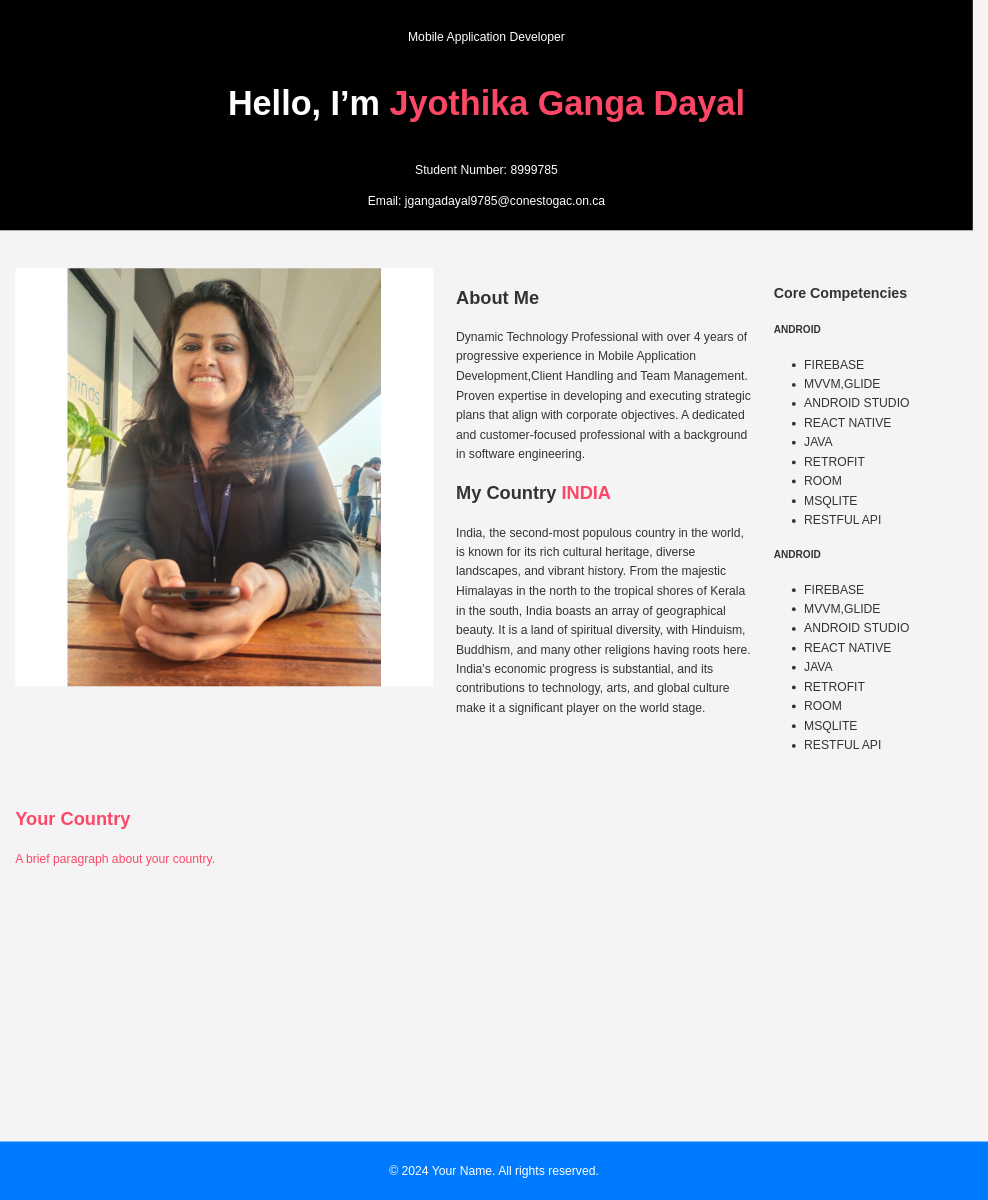
Repository: jyothika123/portfolio
Page: index.html
These files come from the project's save history. The page is drawn as it stood at one moment and after the next save; the edit follows.
The browser window is 1280 px wide. The page is 1300 px wide, so the pictures cover 1300 px, including what lies to the right of the window. The pictures show the whole page, at 76% of full size.
Pictures or frames that could not be fetched are drawn as grey boxes.

Above is the page before, as saved 2024-09-22 17:00:11.

After the next save:
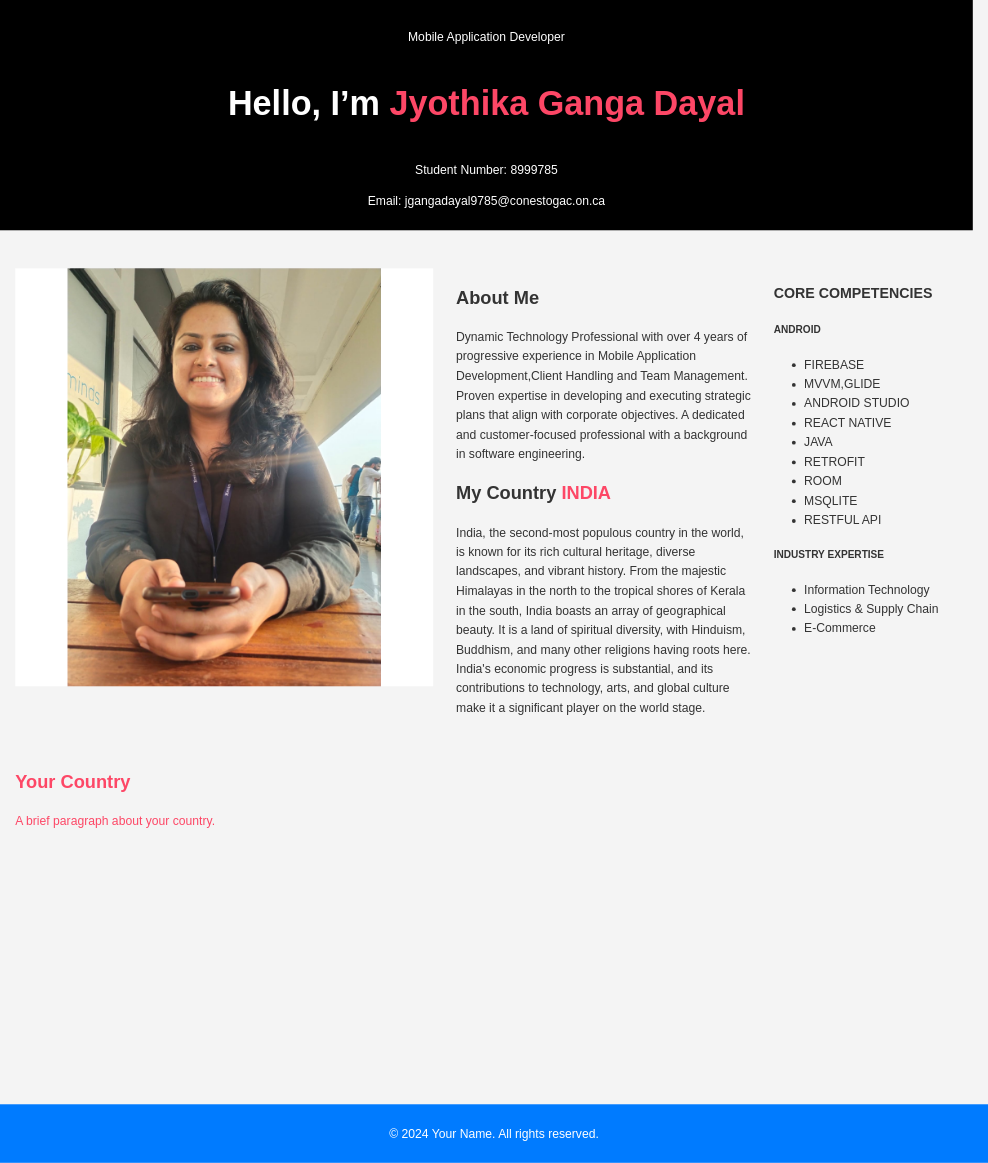
Saved 3 min 50 s later.
--- a/index.html
+++ b/index.html
@@ -36,7 +36,7 @@
 
             </section>
             <section>
-                <h3>Core Competencies</h3>
+                <h3>CORE COMPETENCIES</h3>
                 <h5>ANDROID </h5>
                 <ul>
                     <li>FIREBASE</li>
@@ -49,17 +49,11 @@
                     <li>MSQLITE</li>
                     <li>RESTFUL API</li>
                 </ul>
-                <h5>ANDROID</h5>
+                <h5>INDUSTRY EXPERTISE</h5>
                 <ul>
-                    <li>FIREBASE</li>
-                    <li>MVVM,GLIDE</li>
-                    <li>ANDROID STUDIO</li>
-                    <li>REACT NATIVE</li>
-                    <li>JAVA</li>
-                    <li>RETROFIT</li>
-                    <li>ROOM</li>
-                    <li>MSQLITE</li>
-                    <li>RESTFUL API</li>
+                    <li>Information Technology</li>
+                    <li>Logistics & Supply Chain</li>
+                    <li>E-Commerce</li>
                 </ul>
             </section>
             <section class="country">
